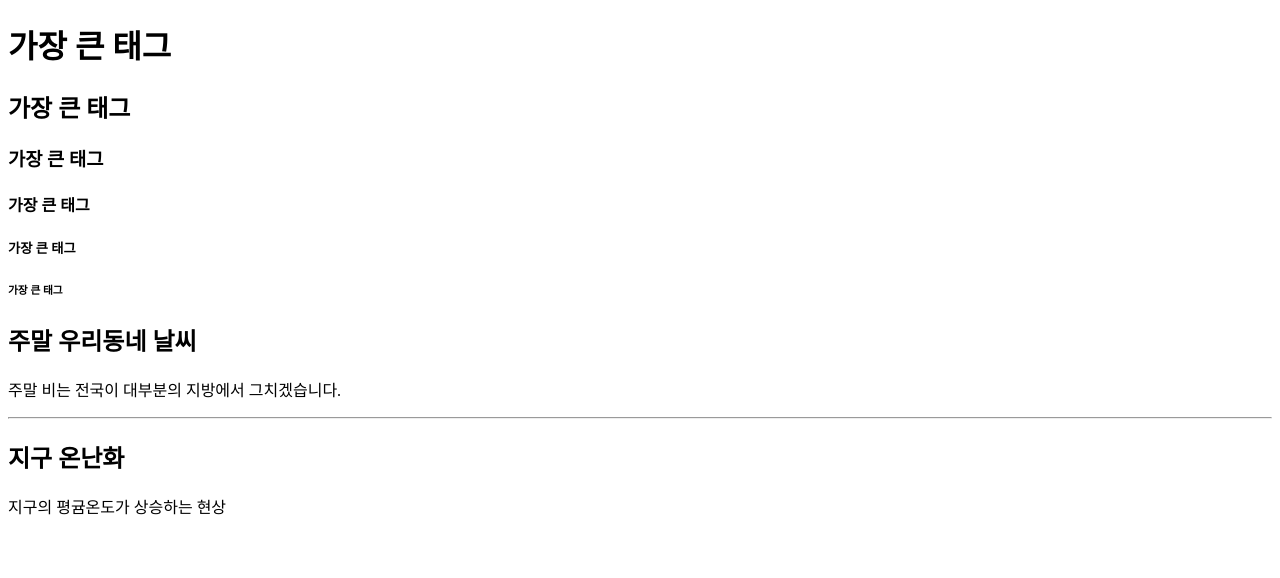
Repository: luna2222/web
Page: 01HTML5/WebContent/[2강HTML태그]/02-04.html
These files come from the project's save history. The page is drawn as it stood at one moment and after the next save; the edit follows.
The browser window is 1280 px wide. The pictures show the whole page.

Above is the page before, as saved 2019-02-18 07:17:59.

After the next save:
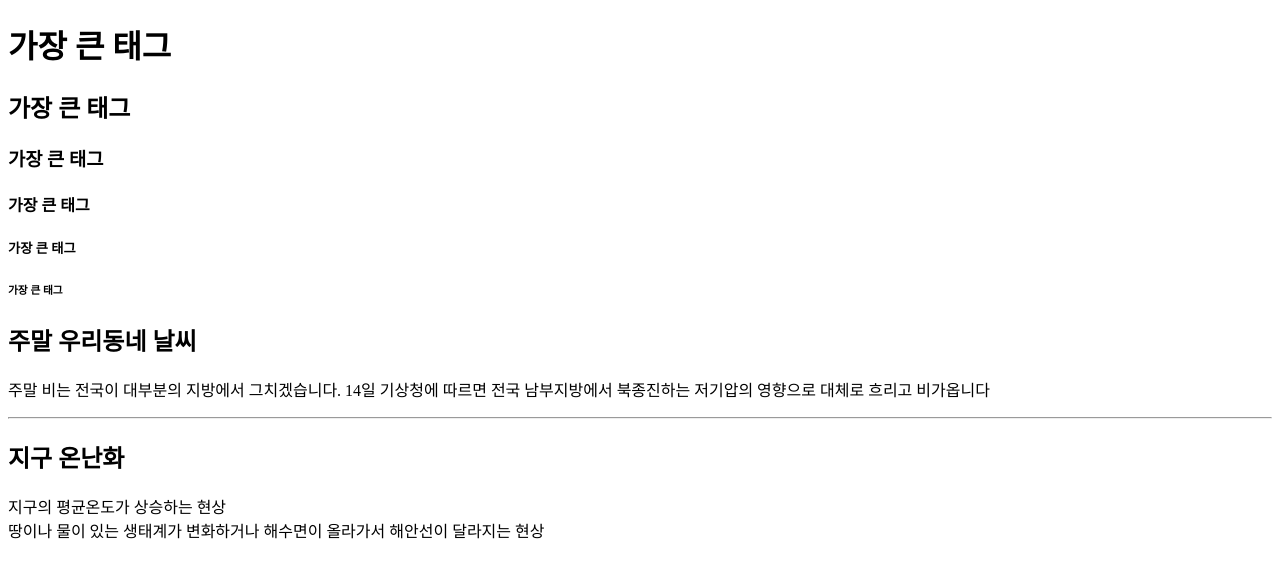
Saved 6 min 16 s later.
--- a/01HTML5/WebContent/[2강HTML태그]/02-04.html
+++ b/01HTML5/WebContent/[2강HTML태그]/02-04.html
@@ -13,11 +13,16 @@
 	<h6> 가장 큰 태그</h6>
 	 <h2> 주말 우리동네 날씨</h2>
 	 <p>주말 비는 전국이 대부분의 지방에서 그치겠습니다.
+	 14일 기상청에 따르면 전국 남부지방에서 북종진하는 저기압의
+	  영향으로 대체로 흐리고 비가옵니다
+
 	  </p>
 	 <!-- hr를 이용한 내용 구분 -->
 	 <hr/>
 	 <h2>지구 온난화</h2>
-	 <p> 지구의 평귬온도가 상승하는 현상<br/>
+	 <p> 지구의 평균온도가 상승하는 현상<br/>
+	 땅이나 물이 있는 생태계가 변화하거나 해수면이 올라가서
+	 해안선이 달라지는 현상
 	 </p>
 </body>
 </html>
